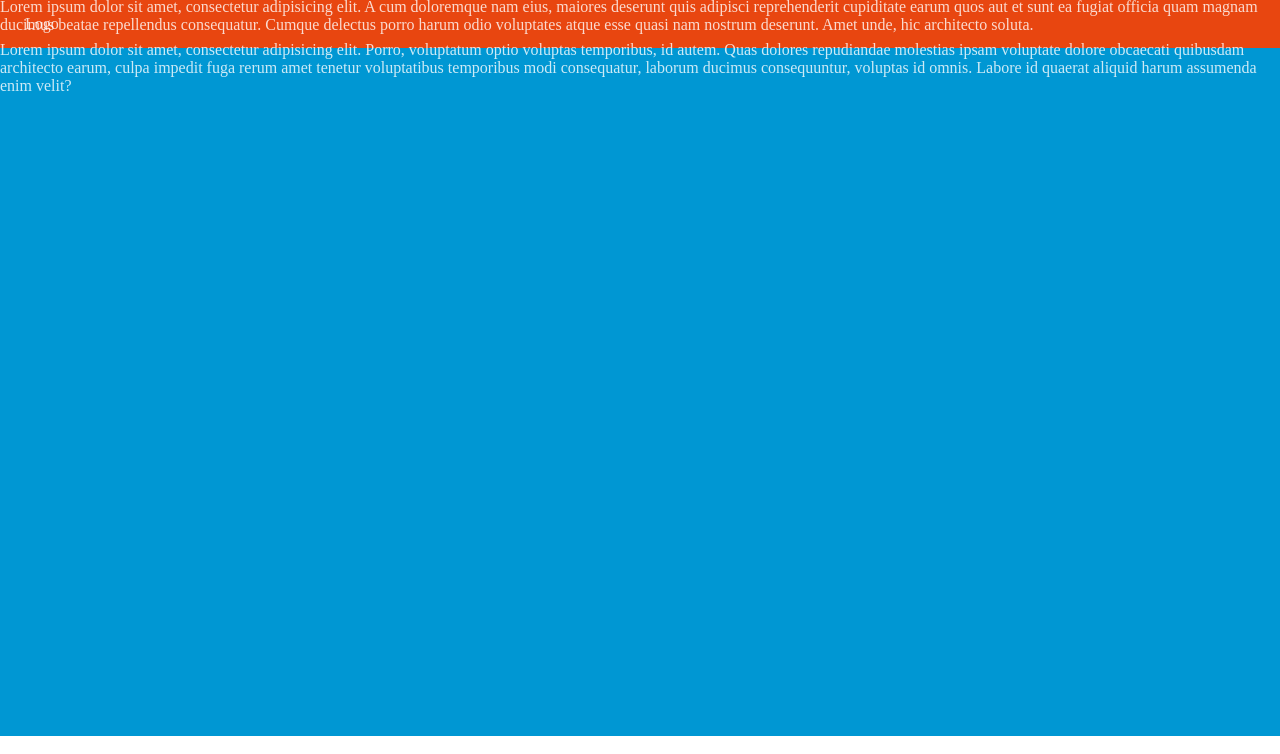
Repository: ElaineArchbold/desktopfirstchallenge
Page: mobilefirst.html
The author's editor kept a record of every edit. The page is drawn from the files as they stood at one moment, then again after the next edit.
The browser window is 1280 px wide. The pictures show the whole page.

Above is the page before.

### mobilefirst.html
<!DOCTYPE html>
<html lang="en">
<head>
    <meta charset="UTF-8">
    <meta name="viewport" content="width=device-width, initial-scale=1.0">
    <meta http-equiv="X-UA-Compatible" content="ie=edge">
  <link rel="stylesheet" href="main2.css" type="text/css" />
    <title>Document</title>
</head>
<body>
    <main class="main">
<header class="header">
    <div class="logo">Logo</div>
</header>


        <section class="section">
          <div class="vcentre">
              <article class="article column column-60">
              <p class="section-paragraph">Lorem ipsum dolor sit amet, consectetur adipisicing elit. A cum doloremque nam eius, maiores deserunt quis adipisci reprehenderit cupiditate earum quos aut et sunt ea fugiat officia quam magnam ducimus beatae repellendus consequatur. Cumque delectus porro harum odio voluptates atque esse quasi nam nostrum deserunt. Amet unde, hic architecto soluta.
              </p>

          </article>
          <aside class="aside column column-40">
              <p class="section-paragraph">
                  Lorem ipsum dolor sit amet, consectetur adipisicing elit. Porro, voluptatum optio voluptas temporibus, id autem. Quas dolores repudiandae molestias ipsam voluptate dolore obcaecati quibusdam architecto earum, culpa impedit fuga rerum amet tenetur voluptatibus temporibus modi consequatur, laborum ducimus consequuntur, voluptas id omnis. Labore id quaerat aliquid harum assumenda enim velit?

              </p>


          </aside>
          </div>
        </section>

        <footer class="footer">
            Footer

        </footer>
    </main>

</body>
</html>

### main2.css
body, html {
    height: 100%;
    margin: 0;
    color: rgb(255, 255, 255, .8);
}

.header {
    position: fixed;
    top: 0;
    left: 0;
    right: 0;
    background-color: #e84610;
    padding: 15px 25px;
}

.main{
    height: 100%;
}

.section {
    background-color: #0097d3;
    height: 100%;
}

.article, .aside {
    position: relative;
    top: 50%;
    transform: translateY(-50%); /*centres the text vertically*/
}

.section-paragraph {
    font-size: 1em;
}

After the next edit:
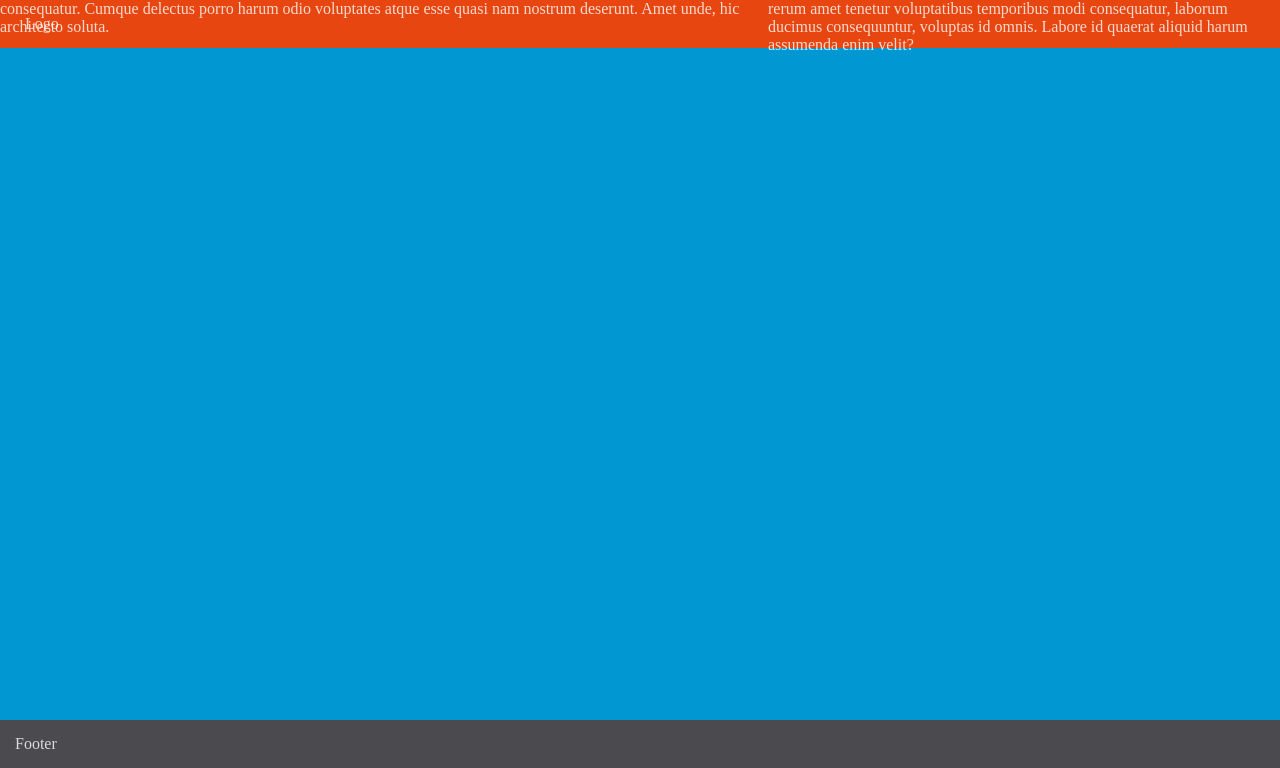
The edit:
--- a/main2.css
+++ b/main2.css
@@ -31,3 +31,23 @@
 .section-paragraph {
     font-size: 1em;
 }
+
+.footer {
+    background-color: #4a4a4f;
+    padding: 15px;
+}
+
+.column {
+    float: left;
+
+}
+
+@media (min-width: 768px) {
+    .column-60 {
+        width: 60%
+    }
+
+    .column-40 {
+        width: 40%;
+    }
+}
